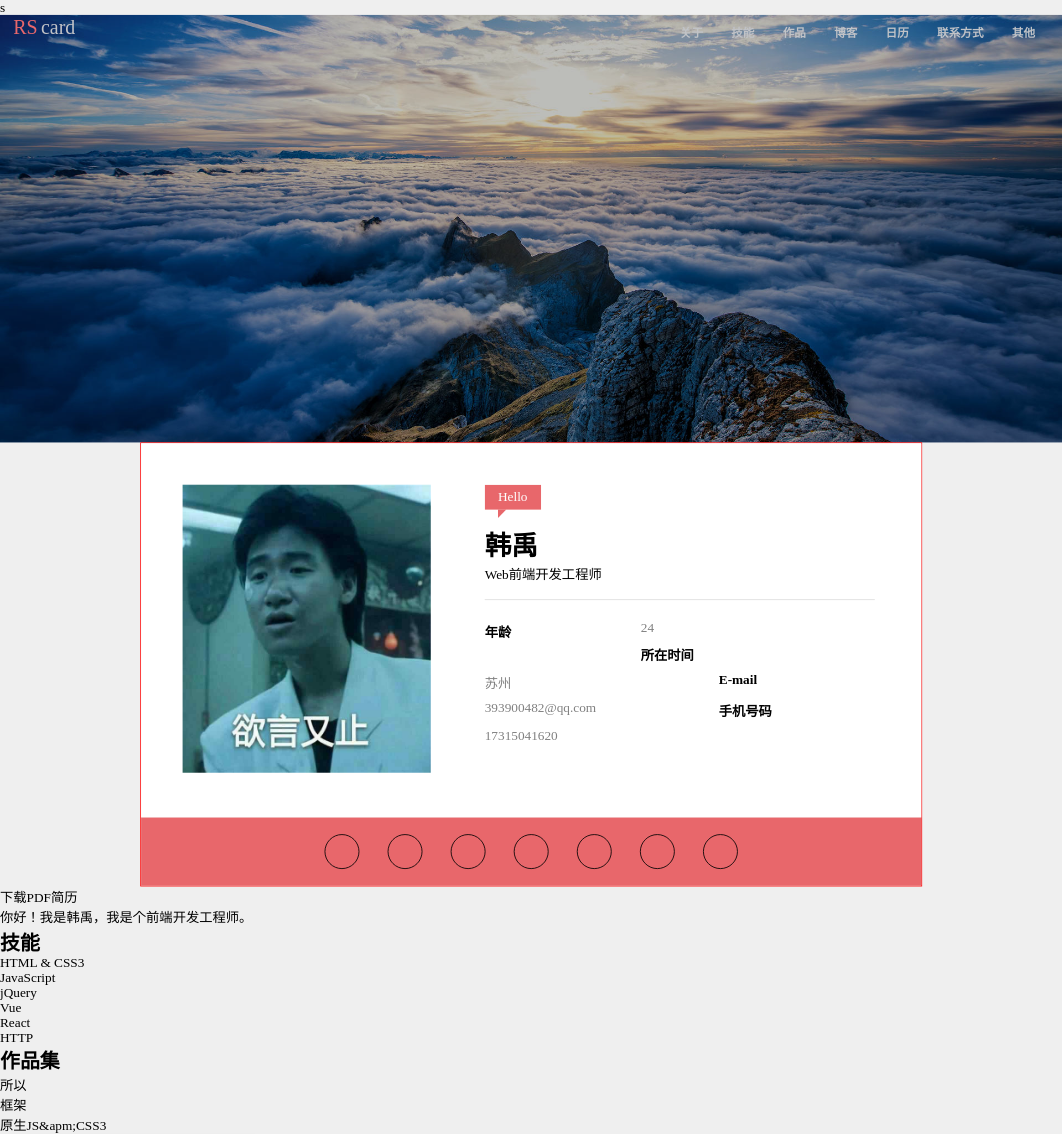
Repository: yorkHan/resume
Page: index.html
An editor plug-in stored every save of this project. The page is shown before and after the next save, followed by the edit.
The browser window is 1280 px wide. The pictures show the whole page, at 83% of full size.

Above is the page before, as saved 2018-04-10 00:49:50.

After the next save:
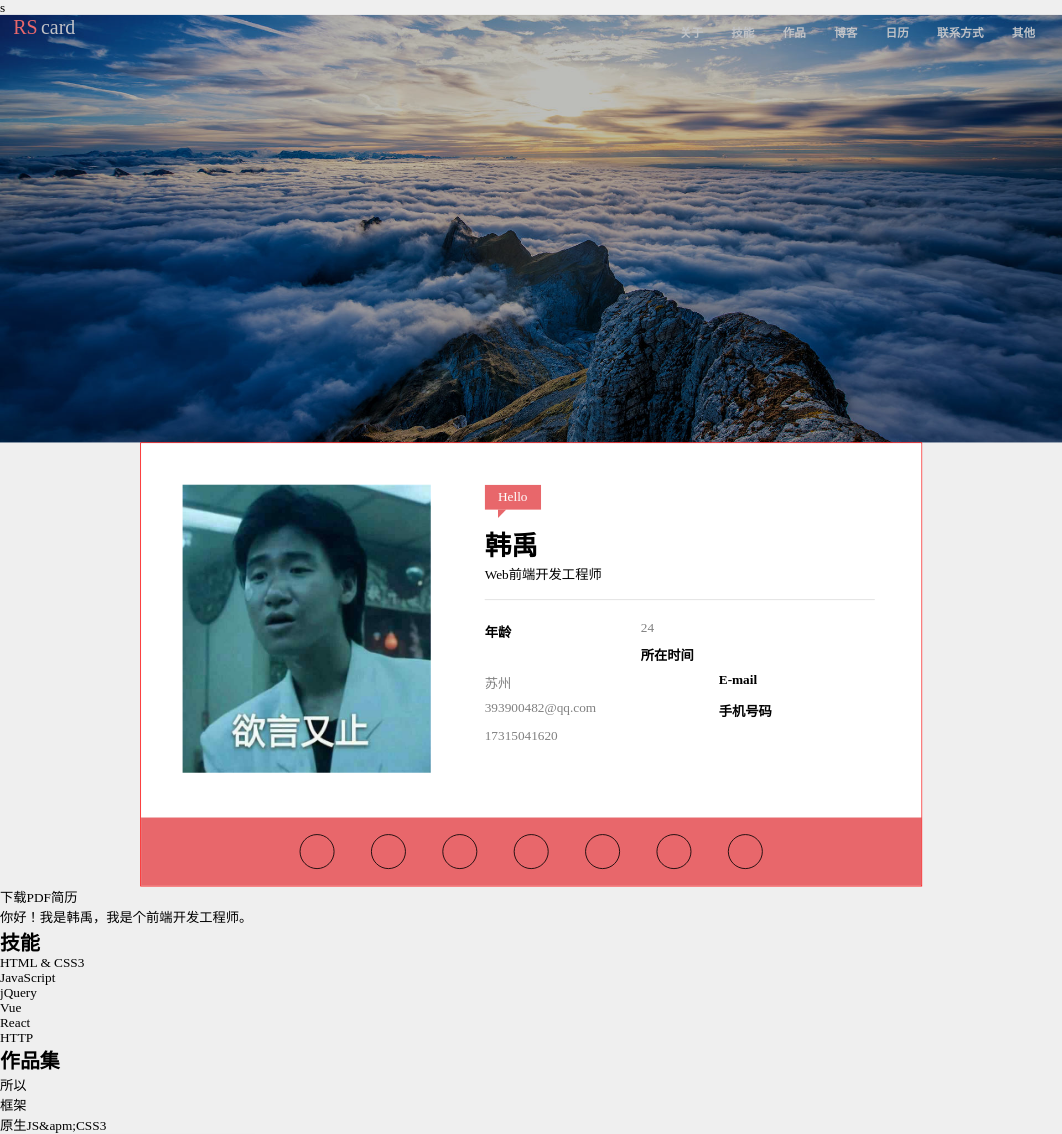
Saved 12 s later.
--- a/1.css
+++ b/1.css
@@ -124,7 +124,7 @@ hr{
     width: 40px;
     padding: 5px 0;
     line-height: 30px;
-    margin: 0 15px;
+    margin: 0 20px;
 }
 .usercard svg{
     width: 30px;
